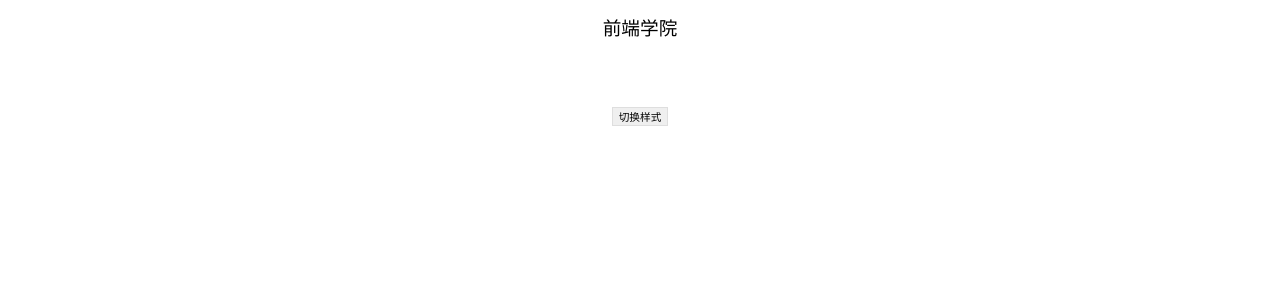
Repository: Yolanda0007/IFE-transition-demo
Page: /#/
An editor plug-in stored every save of this project. The page is shown before and after the next save, followed by the edit.
The browser window is 1280 px wide. The pictures show the whole page.
The project was rebuilt for these pictures with package versions that can differ from the ones it lists, and the page was loaded fresh each time.

Above is the page before, as saved 2018-10-26 10:17:02.

After the next save:
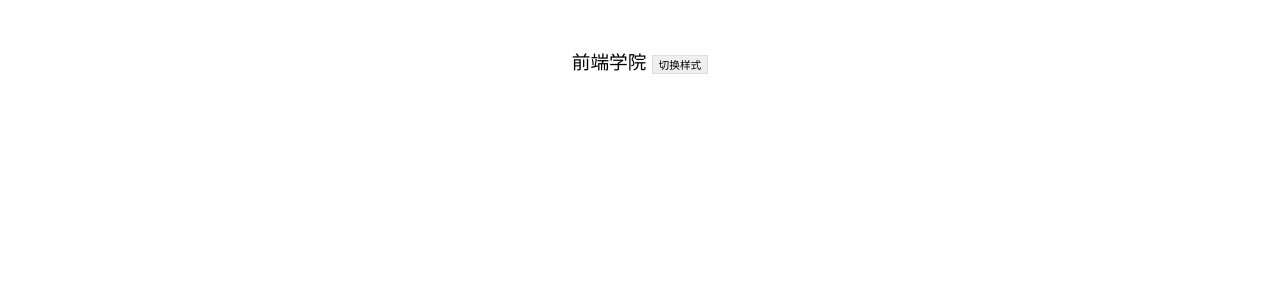
Saved 47 s later.
--- a/src/components/HelloWorld.vue
+++ b/src/components/HelloWorld.vue
@@ -1,8 +1,8 @@
 <template>
   <div class="container">
-    <p class="border" :class="{'active': ifChange}">
+    <span class="border" :class="{'active': ifChange}">
       前端学院
-    </p>
+    </span>
 
     <button class="change-style" @click="changeStyle">
       切换样式
